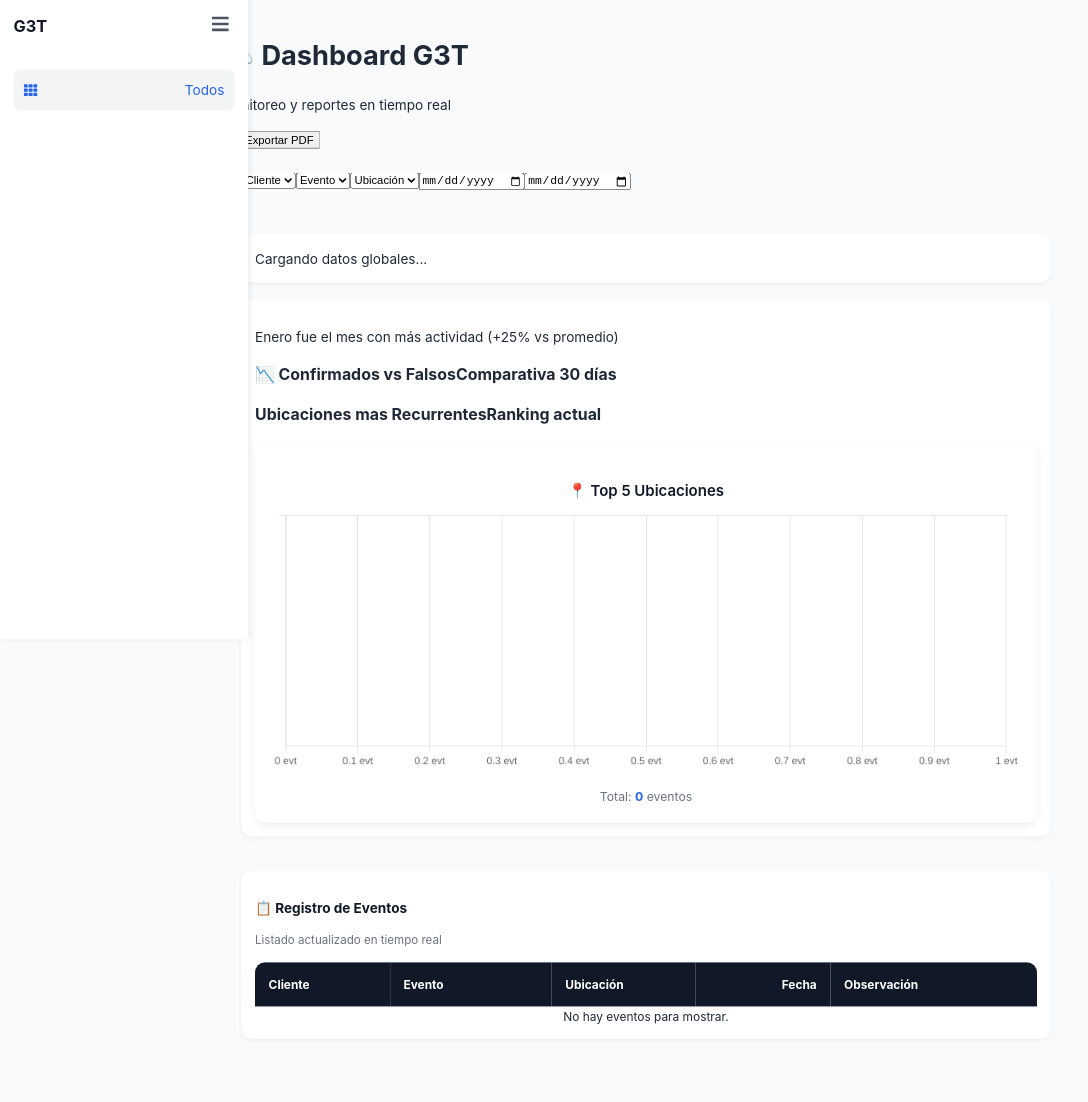
Repository: BBrian11/reportes
Page: /
The author's editor kept a copy of each file at every save. The page is drawn from the files as they stood at one save, then again after the next save.
The browser window is 1280 px wide. The pictures show the whole page, at 85% of full size.
The page's requests for data from a server got no answer. The project was rebuilt for these pictures with package versions that can differ from the ones it lists, and the page was loaded fresh each time. No one was signed in, and anything a server would have sent is missing. Also part of the build but not shown: vite.config.js, src/styles/barChart.css, src/components/Dashboard/BarChart.jsx, src/components/Dashboard/PieChart.jsx, src/components/Dashboard/LineChart.jsx, src/styles/tgsstats.css, src/components/Dashboard/TgsStats.jsx, src/styles/edificiostats.css and 7 more.

Above is the page before, as saved 2025-07-30 13:16:15.

After the next save:
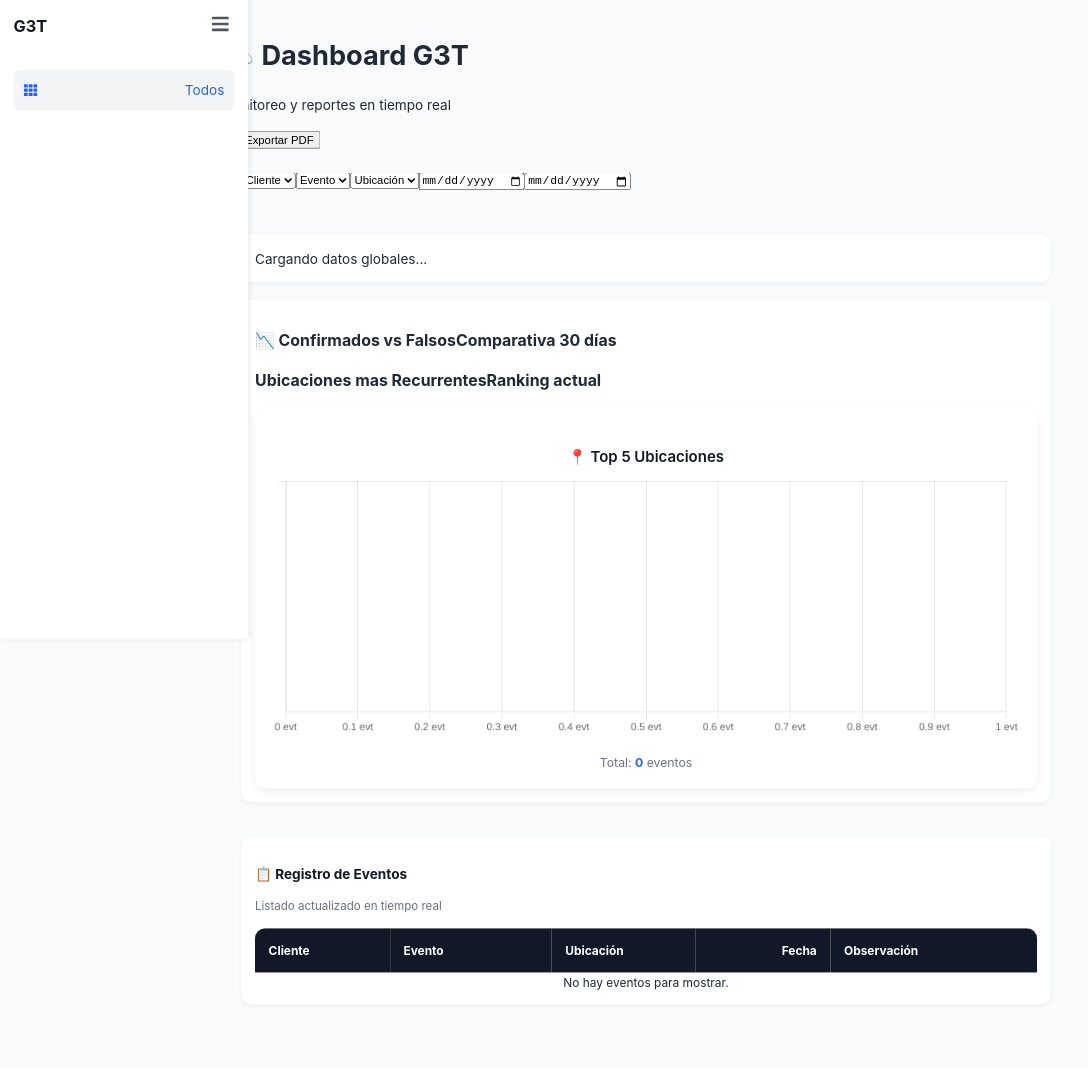
Saved 7 s later.
--- a/src/components/Dashboard/Charts.jsx
+++ b/src/components/Dashboard/Charts.jsx
@@ -34,9 +34,7 @@ export default function Charts({ eventos }) {
       {/* Eventos por mes */}
       <div className="bg-white rounded-xl shadow p-4 hover:shadow-lg transition">
 
-        <p className="text-sm text-gray-500 mt-3 text-center">
-          Enero fue el mes con más actividad (+25% vs promedio)
-        </p>
+
       </div>
 
       {/* Tendencia Confirmados vs Falsos */}
